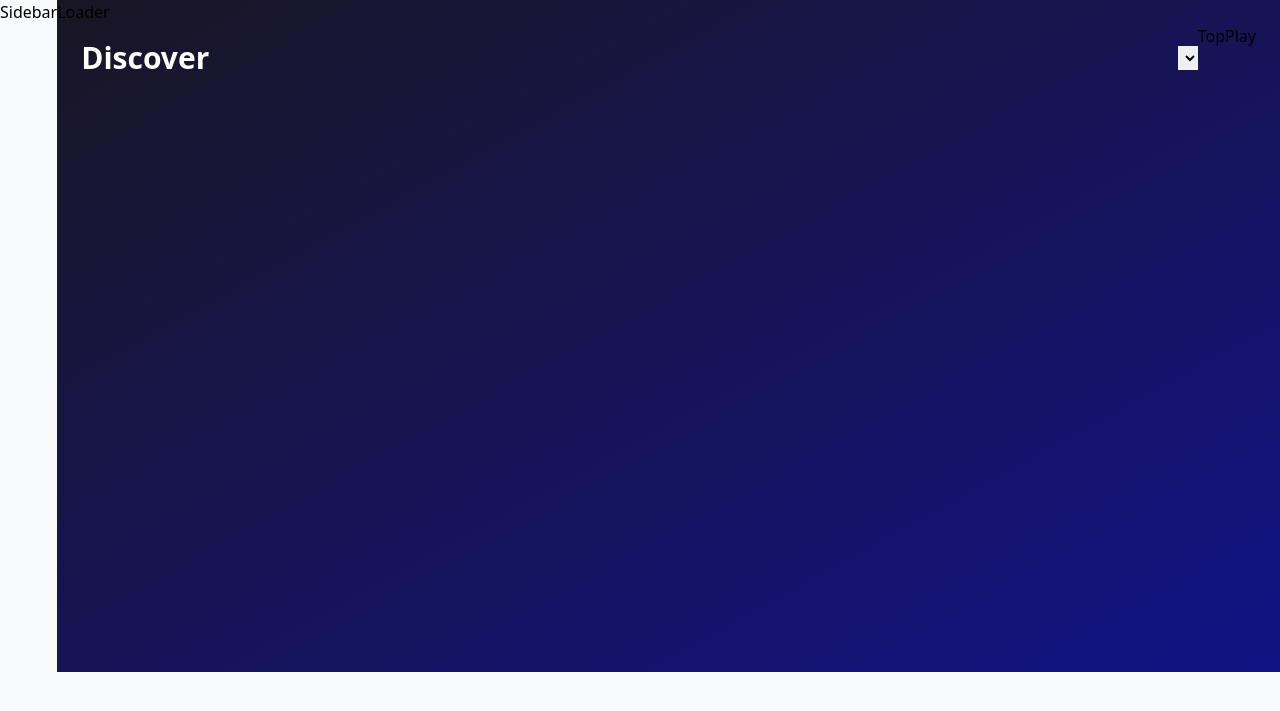
Repository: Goldmyn/GoldStarMusic
Page: /
An editor plug-in stored every save of this project. The page is shown before and after a run of saves, followed by the edit.
The browser window is 1280 px wide. The pictures show the whole page.
The project was rebuilt for these pictures with package versions that can differ from the ones it lists, and the page was loaded fresh each time. Also part of the build but not shown: vite.config.js, src/components/SongCard.jsx, src/components/ArtistCard.jsx, src/components/DetailsHeader.jsx, src/components/PlayPause.jsx, src/components/SongBar.jsx, src/components/RelatedSongs.jsx, src/components/MusicPlayer/Controls.jsx and 13 more.

Above is the page before, as saved 2022-09-30 12:52:59.

### src/redux/features/playerSlice.js
import { createSlice } from '@reduxjs/toolkit';

const initialState = {
  currentSongs: [],
  currentIndex: 0,
  isActive: false,
  isPlaying: false,
  activeSong: {},
  genreListId: '',
};

const playerSlice = createSlice({
  name: 'player',
  initialState,
  reducers: {
    setActiveSong: (state, action) => {
      state.activeSong = action.payload.song;

      if (action.payload?.data?.tracks?.hits) {
        state.currentSongs = action.payload.data.tracks.hits;
      } else if (action.payload?.data?.properties) {
        state.currentSongs = action.payload?.data?.tracks;
      } else {
        state.currentSongs = action.payload.data;
      }

      state.currentIndex = action.payload.i;
      state.isActive = true;
    },

    nextSong: (state, action) => {
      if (state.currentSongs[action.payload]?.track) {
        state.activeSong = state.currentSongs[action.payload]?.track;
      } else {
        state.activeSong = state.currentSongs[action.payload];
      }

      state.currentIndex = action.payload;
      state.isActive = true;
    },

    prevSong: (state, action) => {
      if (state.currentSongs[action.payload]?.track) {
        state.activeSong = state.currentSongs[action.payload]?.track;
      } else {
        state.activeSong = state.currentSongs[action.payload];
      }

      state.currentIndex = action.payload;
      state.isActive = true;
    },

    playPause: (state, action) => {
      state.isPlaying = action.payload;
    },

    selectGenreListId: (state, action) => {
      state.genreListId = action.payload;
    },
  },
});

export const { setActiveSong, nextSong, prevSong, playPause, selectGenreListId } = playerSlice.actions;

export default playerSlice.reducer;

### src/pages/Discover.jsx
import { Error, Loader, SongCard } from "../components";
import { genres } from "../assets/constants";

const Discover = () => {

    const genreTitle = "Pop";

    return (

        <div className="flex flex-col">
            <div className="w-full flex justify-between items-center sm:flex-row flex-col mt-4 mb-10">
                <h2 className="font-bold text-3xl text-white text-left">
                    Discover
                </h2>
                <select />
            </div>
        </div>
    );

};
export default Discover;

### src/assets/constants.js
import { HiOutlineHashtag, HiOutlineHome, HiOutlinePhotograph, HiOutlineUserGroup } from 'react-icons/hi';

export const genres = [
  { title: 'Pop', value: 'POP' },
  { title: 'Hip-Hop', value: 'HIP_HOP_RAP' },
  { title: 'Dance', value: 'DANCE' },
  { title: 'Electronic', value: 'ELECTRONIC' },
  { title: 'Soul', value: 'SOUL_RNB' },
  { title: 'Alternative', value: 'ALTERNATIVE' },
  { title: 'Rock', value: 'ROCK' },
  { title: 'Latin', value: 'LATIN' },
  { title: 'Film', value: 'FILM_TV' },
  { title: 'Country', value: 'COUNTRY' },
  { title: 'Worldwide', value: 'WORLDWIDE' },
  { title: 'Reggae', value: 'REGGAE_DANCE_HALL' },
  { title: 'House', value: 'HOUSE' },
  { title: 'K-Pop', value: 'K_POP' },
];

export const links = [
  { name: 'Discover', to: '/', icon: HiOutlineHome },
  { name: 'Around You', to: '/around-you', icon: HiOutlinePhotograph },
  { name: 'Top Artists', to: '/top-artists', icon: HiOutlineUserGroup },
  { name: 'Top Charts', to: '/top-charts', icon: HiOutlineHashtag },
];

Loaded but not shown: index.html (common file); src/index.jsx (common file); src/index.css (common file); src/App.jsx (common file); src/redux/store.js (common file); src/components/index.js (common file); src/pages/index.js (common file); src/components/Sidebar.jsx (common file); src/components/Searchbar.jsx (common file); src/components/TopPlay.jsx (common file); tailwind.config.js (common file)

After the next 3 saves:
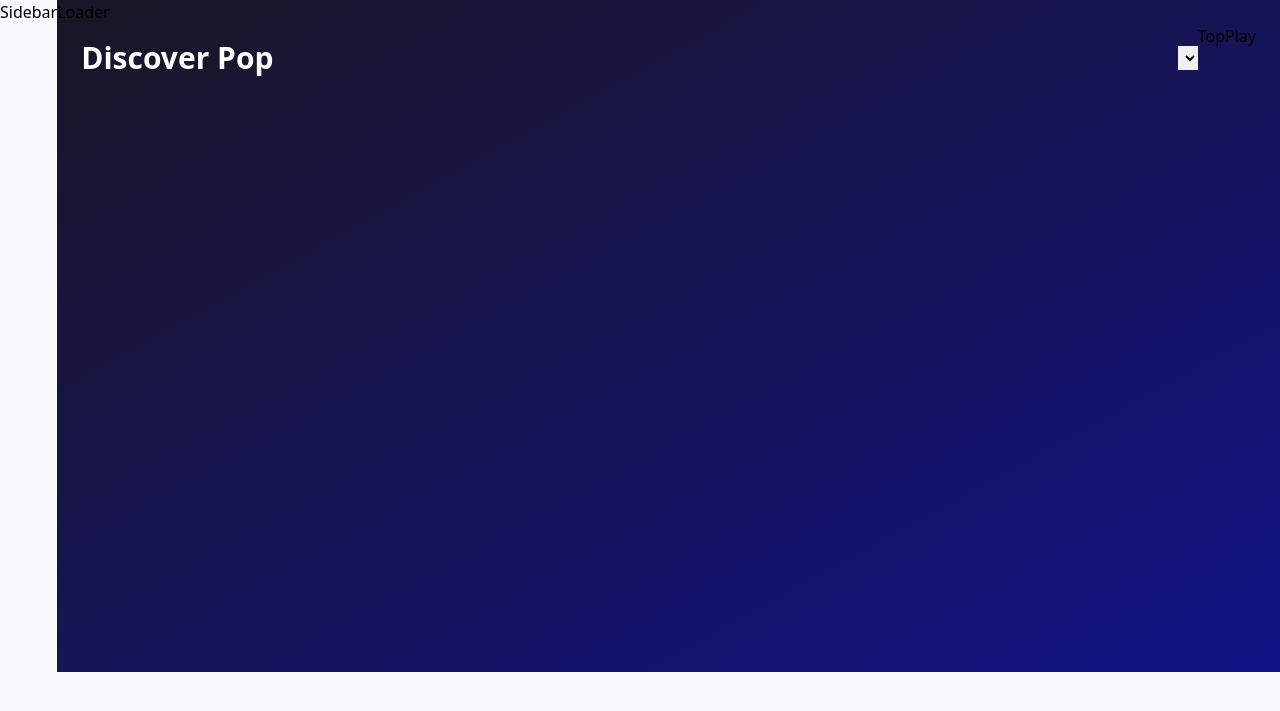
The 3 saves are shown as one change because they came seconds apart.
The last was saved 10 s later.
--- a/src/pages/Discover.jsx
+++ b/src/pages/Discover.jsx
@@ -10,7 +10,7 @@ const Discover = () => {
         <div className="flex flex-col">
             <div className="w-full flex justify-between items-center sm:flex-row flex-col mt-4 mb-10">
                 <h2 className="font-bold text-3xl text-white text-left">
-                    Discover
+                    Discover {genreTitle}
                 </h2>
                 <select />
             </div>
